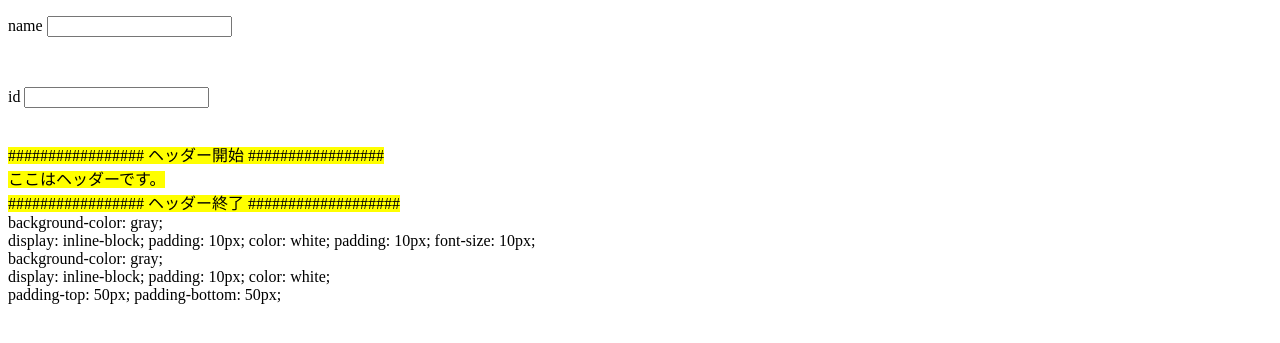
Repository: yousuke-taniuti/curriculun
Page: http://localhost/_Check3/
These files come from the project's save history. The page is drawn as it stood at one moment and after the next save; the edit follows.
The browser window is 1280 px wide. The pictures show the whole page.
The page is served by Tomcat 9.

Above is the page before, as saved 2022-05-09 17:57:13.

### JavaStudy/ Check3/WebContent/jspTest.jsp
<%@ page language="java" contentType="text/html; charset=UTF-8"
    pageEncoding="UTF-8"%>
<!DOCTYPE html PUBLIC "-//W3C//DTD HTML 4.01 Transitional//EN" "http://www.w3.org/TR/html4/loose.dtd">
<html>
<head>
<meta http-equiv="Content-Type" content="text/html; charset=UTF-8">
<title>Insert title here</title>
</head>
<body>

<!-- name、idの入力エリアを作成しなさい -->
<form action="#" method="post">
	<p>name
	<input type="text" name="name"></p><br>
	<p>id
	<input type="text" name="password"></p><br>

</form>
<%@ include file="header.jsp" %>
<jsp:include page="footer.jsp"/>
<div>
padding-top: 50px;
padding-bottom: 50px;
</div>

</body>
</html>

### JavaStudy/ Check3/WebContent/header.jsp
<%@ page language="java" contentType="text/html; charset=UTF-8"
    pageEncoding="UTF-8"%>
<!DOCTYPE html PUBLIC "-//W3C//DTD HTML 4.01 Transitional//EN" "http://www.w3.org/TR/html4/loose.dtd">
<html>
<head>
<meta http-equiv="Content-Type" content="text/html; charset=UTF-8">
<title>Insert title here</title>
</head>
<body>
<mark>
################# ヘッダー開始 #################<br />
<mark>ここはヘッダーです。</mark><br />
################# ヘッダー終了 ###################<br />
</mark>
<header>
 <div>background-color: gray;</div>
 <label>
 display: inline-block;
padding: 10px;
color: white;
 </label>
 <label>
 padding: 10px;
font-size: 10px;

 </label>
</header>

<!-- </body>
</html> -->

### JavaStudy/ Check3/WebContent/footer.jsp
<%@ page language="java" contentType="text/html; charset=UTF-8"
    pageEncoding="UTF-8"%>
    <%@ page import="java.util.Calendar"%>
<%@ page import="java.text.SimpleDateFormat"%>
<!DOCTYPE html PUBLIC "-//W3C//DTD HTML 4.01 Transitional//EN" "http://www.w3.org/TR/html4/loose.dtd">
<html>
<head>
<meta http-equiv="Content-Type" content="text/html; charset=UTF-8">
<title>Insert title here</title>
</head>
<body>
<%
		Calendar calendar = Calendar.getInstance();
		SimpleDateFormat sdf = new SimpleDateFormat("yyyy/MM/dd");
		String today = sdf.format(calendar.getTime());
	%>
<!-- フッターを作成 -->
<footer>

</footer>
<div> background-color: gray;</div>
<label>
display: inline-block;
padding: 10px;
color: white;
</label>
</body>
</html>

After the next save:
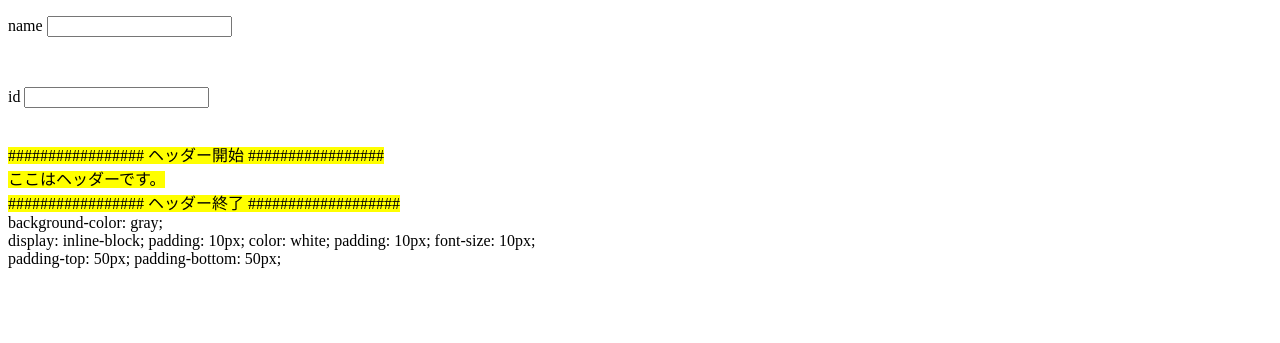
Saved 13 h 27 min later.
--- a/JavaStudy/ Check3/WebContent/footer.jsp
+++ b/JavaStudy/ Check3/WebContent/footer.jsp
@@ -1,7 +1,5 @@
 <%@ page language="java" contentType="text/html; charset=UTF-8"
     pageEncoding="UTF-8"%>
-    <%@ page import="java.util.Calendar"%>
-<%@ page import="java.text.SimpleDateFormat"%>
 <!DOCTYPE html PUBLIC "-//W3C//DTD HTML 4.01 Transitional//EN" "http://www.w3.org/TR/html4/loose.dtd">
 <html>
 <head>
@@ -9,20 +7,8 @@
 <title>Insert title here</title>
 </head>
 <body>
-<%
-		Calendar calendar = Calendar.getInstance();
-		SimpleDateFormat sdf = new SimpleDateFormat("yyyy/MM/dd");
-		String today = sdf.format(calendar.getTime());
-	%>
+
 <!-- フッターを作成 -->
-<footer>
 
-</footer>
-<div> background-color: gray;</div>
-<label>
-display: inline-block;
-padding: 10px;
-color: white;
-</label>
 </body>
 </html>
